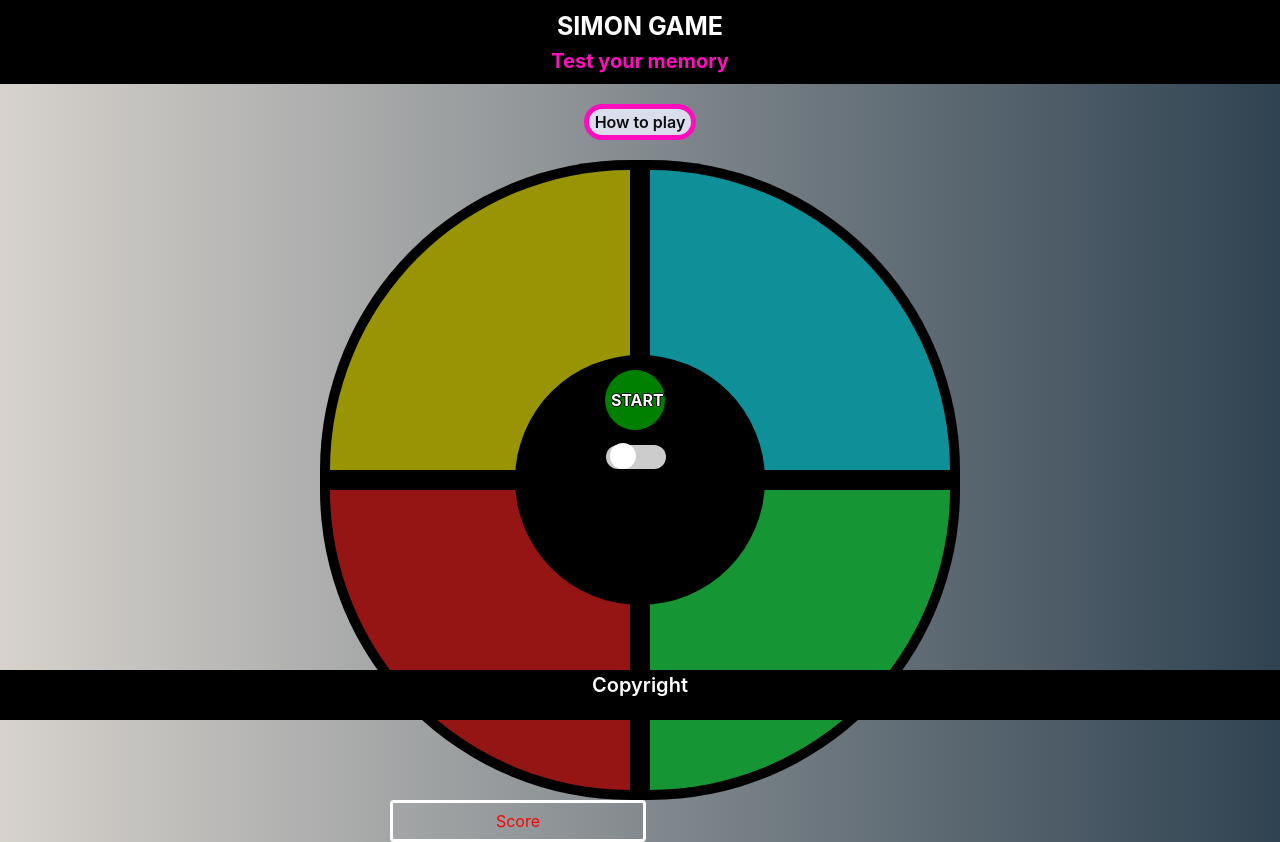
Repository: murphya14/Simon-game
Page: index.html
The author's editor kept a record of every edit. The page is drawn from the files as they stood at one moment, then again after the next edit.
The browser window is 1280 px wide. The pictures show the whole page.

Above is the page before.
Console error: SyntaxError: Unexpected end of input

After the next edit:
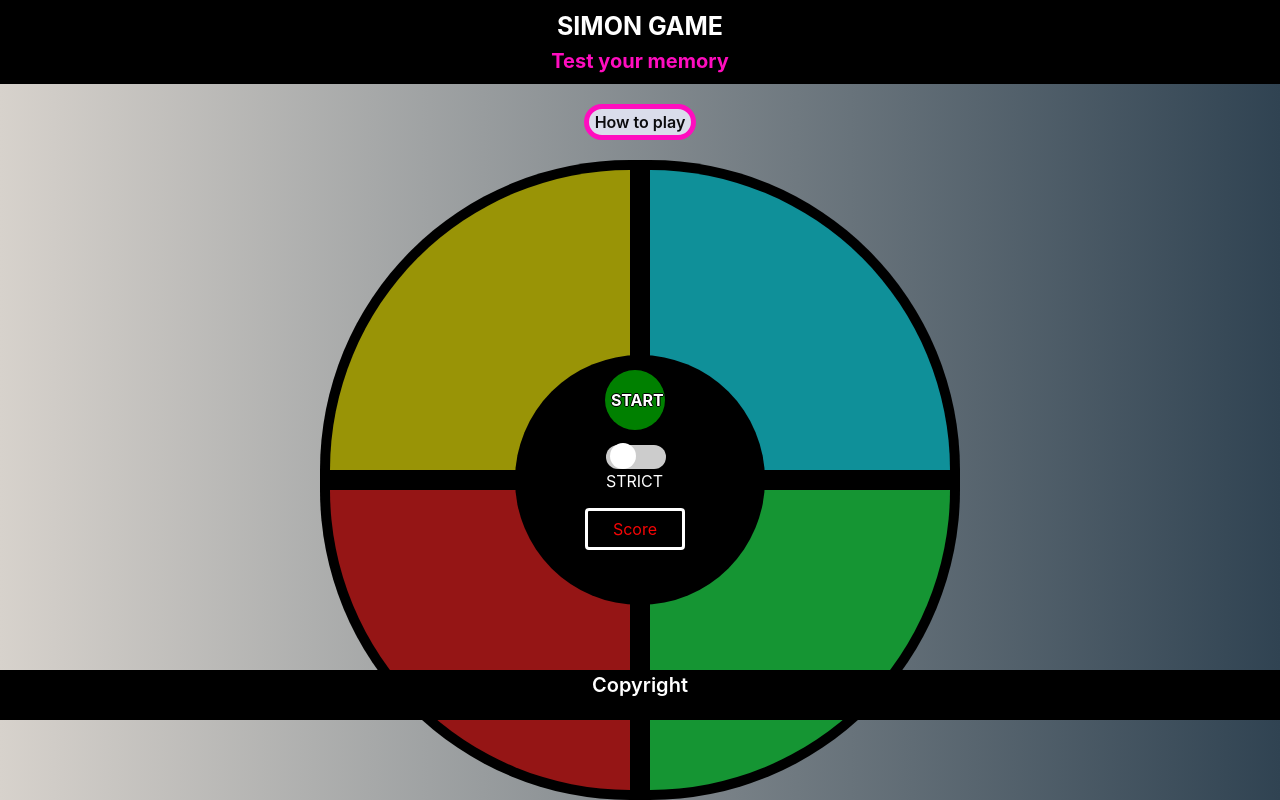
The edit:
--- a/index.html
+++ b/index.html
@@ -93,11 +93,11 @@
 
                     <div class="custom-control custom-switch" id="strictButton">
                         <label class="switch">
-  <input type="checkbox">
-  <span class="slider round"></span>
-</label>
+                      <input type="checkbox">
+                      <span class="slider round"></span>
+                      <div class="strict uppercase">Strict</div>
+                    </label>
 
-                    </div>
                     </div>
 
                     <button class="btn" type="button" id="counter" onclick="counter()">Score</button>
